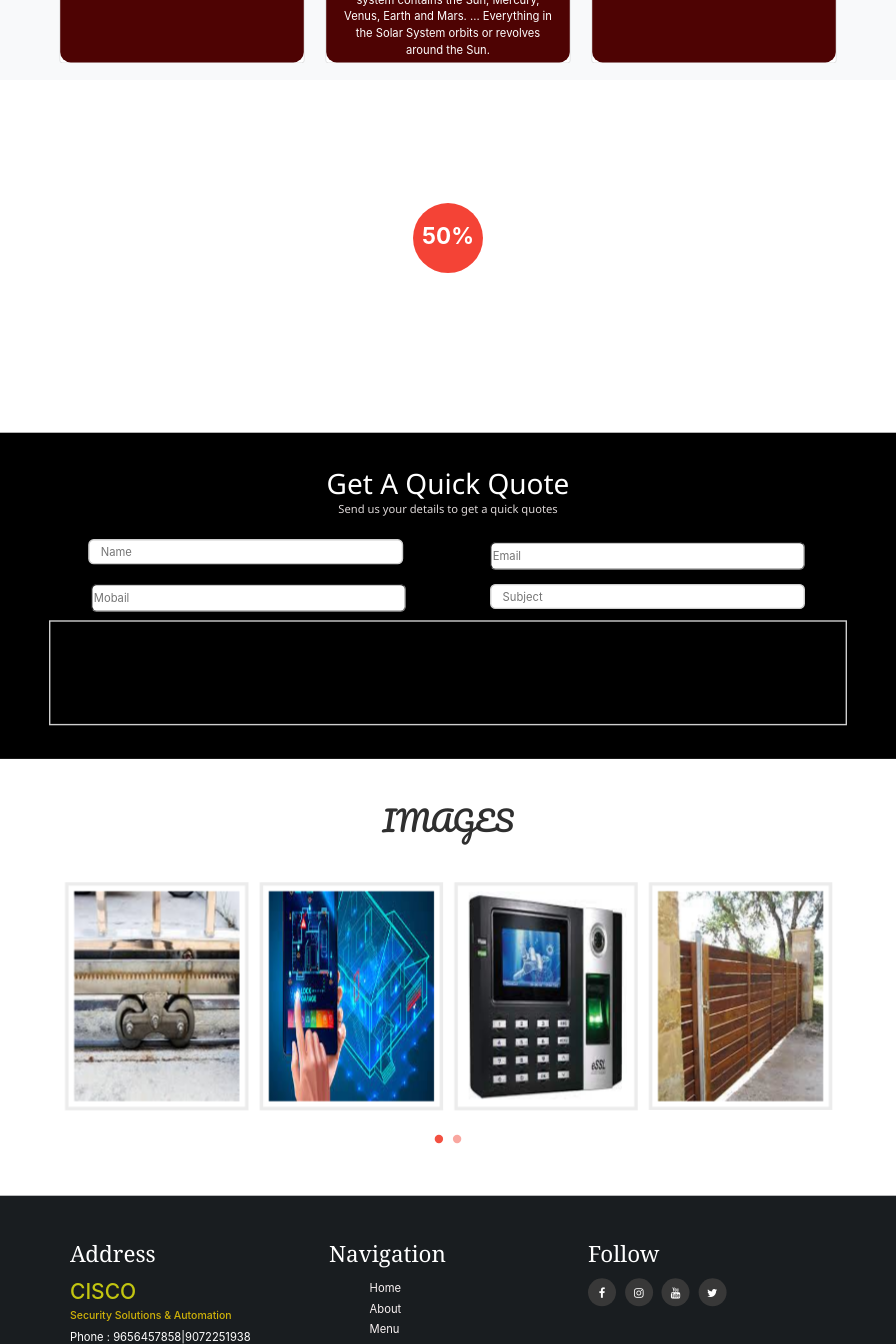
Repository: Nuhman123/Cisco
Page: index.html
The author's editor kept a copy of each file at every save. The page is drawn from the files as they stood at one save, then again after a run of saves.
The browser window is 1280 px wide. The pictures show the part of the page from y = 1803 to 3723 px (the page is 3958 px tall), at 70% of full size.

Above is the page before, as saved 2021-04-10 16:27:43.

### index.html
<!--A Design by W3layouts
Author: W3layout
Author URL: http://w3layouts.com
License: Creative Commons Attribution 3.0 Unported
License URL: http://creativecommons.org/licenses/by/3.0/
-->
<!DOCTYPE html>
<html lang="en">
<head>
<title>CISCO security solutions & automation</title>
<meta name="viewport" content="width=device-width, initial-scale=1">
<meta http-equiv="Content-Type" content="text/html; charset=utf-8" />
<meta name="keywords" content="Royal Recipes Responsive web template, Bootstrap Web Templates, Flat Web Templates, Android Compatible web template,
Smartphone Compatible web template, free webdesigns for Nokia, Samsung, LG, SonyEricsson, Motorola web design" />
<script type="application/x-javascript"> addEventListener("load", function() { setTimeout(hideURLbar, 0); }, false); function hideURLbar(){ window.scrollTo(0,1); } </script>
<!-- bootstrap-css -->
<link href="css/bootstrap.css" rel="stylesheet" type="text/css" media="all" />
<!--// bootstrap-css -->
<!-- css -->
<link rel="stylesheet" href="css/style.css" type="text/css" media="all" />
<!--// css -->
<link rel="stylesheet" href="css/owl.carousel.css" type="text/css" media="all">
<link href="css/owl.theme.css" rel="stylesheet">
<!-- font-awesome icons -->
<link href="css/font-awesome.css" rel="stylesheet">
<!-- //font-awesome icons -->
<!-- font -->
<link href='//fonts.googleapis.com/css?family=Pacifico' rel='stylesheet' type='text/css'>
<link href='//fonts.googleapis.com/css?family=Open+Sans+Condensed:300,300italic,700' rel='stylesheet' type='text/css'>
<!-- //font -->
<script src="js/jquery-1.11.1.min.js"></script>
<script src="js/bootstrap.js"></script>
<script src="https://maxcdn.bootstrapcdn.com/bootstrap/4.0.0/js/bootstrap.min.js" integrity="sha384-JZR6Spejh4U02d8jOt6vLEHfe/JQGiRRSQQxSfFWpi1MquVdAyjUar5+76PVCmYl" crossorigin="anonymous"></script>
<link rel="stylesheet" href="https://maxcdn.bootstrapcdn.com/bootstrap/4.0.0/css/bootstrap.min.css" integrity="sha384-Gn5384xqQ1aoWXA+058RXPxPg6fy4IWvTNh0E263XmFcJlSAwiGgFAW/dAiS6JXm" crossorigin="anonymous">
<!-- light-box -->
<link rel="stylesheet" href="css/lightbox.css">
<!-- //light-box -->
<script src="js/SmoothScroll.min.js"></script>
<!--search jQuery-->
<script src="js/main.js"></script>
<!--//search jQuery-->
<script type="text/javascript">
	jQuery(document).ready(function($) {
		$(".scroll").click(function(event){
			event.preventDefault();
			$('html,body').animate({scrollTop:$(this.hash).offset().top},1000);
		});
	});
</script>

<script>
$(document).ready(function() {
	$("#owl-demo").owlCarousel({

		autoPlay: 3000, //Set AutoPlay to 3 seconds
		autoPlay:true,
		items : 4,
		itemsDesktop : [640,5],
		itemsDesktopSmall : [414,4]

	});

});
</script>
</head>
<body>
	<header class="header-1">
		<div class="container">
			<div class="row">
		<div class="col-xs-3">
			<img src="images/csc0log.png">
		</div>
		<div class="col-xs-5">
			<h1>CISCO</h1>
			<p>Security Solutions & Automation</p>
		</div>
		<div class="col-xs-4">
		<nav class="navbar navbar-expand-lg navbar-light">
			<button style="background-color:white;margin-top: 18px;" class="navbar-toggler" type="button" data-toggle="collapse" data-target="#navbarNavAltMarkup" aria-controls="navbarNavAltMarkup" aria-expanded="false" aria-label="Toggle navigation">
			  <span class="navbar-toggler-icon"></span>
			</button>
			<div class="collapse navbar-collapse" id="navbarNavAltMarkup" style="background-color: rgb(5, 7, 6);margin-top: 17px;">
			  <div class="navbar-nav text-center">
				<a class="nav-item nav-link active" href="index.html" style="color: white;">Home <span class="sr-only">(current)</span></a>
				<a class="nav-item nav-link" href="#services" style="color: white;">Services</a>
				<a class="nav-item nav-link" href="menu.html" style="color: white;z-index: 10;">Menu</a>
				<a class="nav-item nav-link" href="about.html" style="color: white;z-index: 10;">About</a>
				<a class="nav-item nav-link" href="contact.html" style="color: white;z-index: 10;">Condact</a>
			  </div>
			</div>
		  </nav>
		</div>
			</div>
		</div>
	</header>
	<!-- banner -->
	<div class="banner">
		<div class="header">
			<div class="container">
				<div class="logo">

				</div>
				<div class="clearfix"> </div>
			</div>
		</div>
		<div class="banner-slider">
			<div class="container">
				<div class="slider">
					<div class="callbacks_container">
						<ul class="rslides callbacks callbacks1" id="slider4">
							<li>
								<div class="agileits-banner-info">
									<img src="images/csc0log.png">
									<h3>CISCO</h3>
									<h5>Security Solutions & Automation</h5>
									<p>CCTV Installation,EPBAX,Home Automation,Automatic Gate,Video Door Phone,Access Control System,Security Alarm System,Solar System,Biometric AttendanceSystem</p>
									<a href="#services">Services</a>

								</div>
							</li>
							<li>
								<div class="agileits-banner-info">
									<h3>CCTV<br> Installation</h3>
									<p>CCTV Installation,EPBAX,Home Automation,Automatic Gate,Video Door Phone,Access Control System,Security Alarm System,Solar System,Biometric AttendanceSystem</p>
									<a href="#services">Services</a>

								</div>
							</li>
							<li>
								<div class="agileits-banner-info">
									<img src="images/csc0log.png">
									<h3>CISCO</h3>
									<p>CCTV Installation,EPBAX,Home Automation,Automatic Gate,Video Door Phone,Access Control System,Security Alarm System,Solar System,Biometric AttendanceSystem</p>
									<a href="#services">Services</a>
								</div>
							</li>
						</ul>
						<div class="social text-center">
							<ul>
								<li><a href="https://www.facebook.com/cisco_security_solutions-101064504984043/"><i class="fa fa-facebook"></i></a></li>
								<li><a href="https://www.instagram.com/cisco_security_solutions?r=nametag"><i class="fa fa-instagram"></i></a></li>
								<li><a href="https://youtube.com/channel/UCSI_CHHL5nW7fggODaksUw"><i class="fa fa-youtube"></i></a></li>
								<li><a href="https://twitter.com"><i class="fa fa-twitter"></i></a></li>
							</ul>
						</div>
					</div>
					<script src="js/responsiveslides.min.js"></script>
					<script>
						// You can also use "$(window).load(function() {"
						$(function () {
						  // Slideshow 4
						  $("#slider4").responsiveSlides({
							auto: true,
							pager:true,
							nav:false,
							speed: 500,
							namespace: "callbacks",
							before: function () {
							  $('.events').append("<li>before event fired.</li>");
							},
							after: function () {
							  $('.events').append("<li>after event fired.</li>");
							}
						  });

						});
					 </script>
					<!--banner Slider starts Here-->
				</div>
			</div>
		</div>
	</div>
	<!-- banner -->
	<!-- services -->
	<section class="bg-light p-4 mt-5" id="services">
		<div class="container">
		  <h1 class="services text-center">Our Services</h1>
		  <div class="row">
			<div class="col-lg-4 col-md-6 pt-3">
			  <div class="card text-center">
				<div class="card-body">
				  <h5 class="card-title">CCTV Installation</h5>
				  <p class="card-text">
					CCTV systems may operate continuously or only as required to monitor a particular event. A more advanced form of CCTV, using digital video recorders (DVRs), provides recording for possibly many years, with a variety of quality and performance options and extra features (such as motion detection and email alerts).
					</p>
				</div>
			  </div>
			</div>
			<div class="col-lg-4 col-md-6 pt-3">
			  <div class="card text-center ">

				<div class="card-body">
				  <h5 class="card-title">EPBAX</h5>
				  <p class="card-text">EPABX stands for Electronic Private Automatic Branch Exchange which is a private telephone network used by the organizations and the companies for various types of communication, either between the employees or outside the clients.</p>
				</div>
			  </div>
			</div>
			<div class="col-lg-4 col-md-6 pt-3">
			  <div class="card text-center ">

				<div class="card-body">
				  <h5 class="card-title">Home Automation</h5>
				  <p class="card-text"> home automation system integrates all the electrical devices in the house with each other, it includes centralized control of lighting, HVAC(Heat, ventilation and air conditioning) appliances, security locks and other systems to improve comfort, conveniences, security and energy efficiency.</p>
				</div>
			  </div>
			</div>
			<div class="col-lg-4 col-md-6 pt-3">
			  <div class="card text-center">
				<div class="card-body">
				  <h5 class="card-title">Automatic Gate</h5>
				  <p class="card-text"></p>
				</div>
			  </div>
			</div>
			<div class="col-lg-4 col-md-6  pt-3">
			  <div class="card text-center">
				<div class="card-body">
				  <h5 class="card-title">Video Door Phone</h5>
				  <p class="card-text">video door phone lets you see and communicate with the visitor without being physically present on the door. After knowing the purpose of visit and if required, you can choose to open the door or keep it closed. So, the video door phone is a great system to ensure the safety and security of your family and home.</p>
				</div>
			  </div>
			</div>
			<div class="col-lg-4 col-md-6  pt-3">
			  <div class="card text-center ">
				<div class="card-body">
				  <h5 class="card-title">Access Control System</h5>
				  <p class="card-text"></p>
				</div>
			  </div>
			</div>
			<div class="col-lg-4 col-md-6  pt-3">
				<div class="card text-center ">
				  <div class="card-body">
					<h5 class="card-title">Security Alarm System</h5>
					<p class="card-text"></p>
				  </div>
				</div>
			  </div>
			  <div class="col-lg-4 col-md-6  pt-3">
				<div class="card text-center ">
				  <div class="card-body">
					<h5 class="card-title">Solar System</h5>
					<p class="card-text">The Solar System is made up of all the planets that orbit our Sun. In addition to planets, the Solar System also consists of moons, comets, asteroids, minor planets, dust and gas. The inner solar system contains the Sun, Mercury, Venus, Earth and Mars. ... Everything in the Solar System orbits or revolves around the Sun.</p>
				  </div>
				</div>
			  </div>
			  <div class="col-lg-4 col-md-6  pt-3">
				<div class="card text-center ">
				  <div class="card-body">
					<h5 class="card-title">Biometric Attendance System</h5>
					<p class="card-text"></p>
				  </div>
				</div>
			  </div>
		  </div>
		</div>
	  </section>
	<!-- //services -->
	<!-- offer -->
	<div class="jarallax offer">
		<div class="container">
			<div class="w3l-offer-heading">
				<h3>Today Offers</h3>
			</div>
			<div class="w3ls-offer-slider">
				<div class="slider">
					<div class="callbacks_container">
						<ul class="rslides callbacks callbacks1" id="slider3">
							<li>
								<div class="agileinfo-offer-grid">
									<h4>45<span>%</span></h4>
									<h5>Pork Vindaloo</h5>
									<p>Quisque scelerisque rutrum nunc, eget hendrerit diam porta efficitur. Duis bibendum consequat est, sed efficitur arcu. Morbi viverra, leo sit amet vestibulum dignissim, tortor est dignissim dolor, eu accumsan est urna id felis. </p>
								</div>
							</li>
							<li>
								<div class="agileinfo-offer-grid">
									<h4>50%</h4>
									<h5>Phaal Curry</h5>
									<p>Vestibulum euismod porttitor interdum. Vivamus porta consectetur nulla porttitor hendrerit. Pellentesque ultrices augue ut nibh feugiat, nec egestas orci cursus. Sed vehicula quis erat sed lobortis. Curabitur eleifend sit amet.</p>
								</div>
							</li>
							<li>
								<div class="agileinfo-offer-grid">
									<h4>64%</h4>
									<h5>Laal Maas</h5>
									<p>Aenean volutpat auctor ultrices. Aliquam ac turpis ultrices, porta enim at, interdum velit. Ut ligula justo, sodales eu nisi a, molestie dictum leo. Sed blandit porta ante, at consequat nulla fermentum a. Donec aliquet tristique.</p>
								</div>
							</li>
						</ul>
					</div>
					<script>
						// You can also use "$(window).load(function() {"
						$(function () {
						  // Slideshow 4
						  $("#slider3").responsiveSlides({
							auto: true,
							pager:false,
							nav:false,
							speed: 500,
							namespace: "callbacks",
							before: function () {
							  $('.events').append("<li>before event fired.</li>");
							},
							after: function () {
							  $('.events').append("<li>after event fired.</li>");
							}
						  });

						});
					 </script>
					<!--banner Slider starts Here-->
				</div>
			</div>
			<script src="js/jarallax.js"></script>
		</div>
	</div>
	<!-- //offer -->
	<section class="form-quote">
		<div class="container">
		<div class="contact-form">
			<h3>Get A Quick Quote</h3>
			<p class="" >Send us your details to get a quick quotes</p>
			<form>
				<div class="row"align="center">
					<div class="col-xs-12 col-sm-12 col-md-12 col-lg-6">
						<input type="text" placeholder="Name" style="width: 450px;background: white;height: 30px;border-radius: 8px;">
					</div>
					<div class="col-xs-12 col-sm-12 col-md-12 col-lg-6">
						<input type="email" placeholder="Email" style="width: 450px;background: white;margin: 4px; height: 40px;border-radius: 8px;">
					</div>
					<div class="col-xs-12 col-sm-12 col-md-12 col-lg-6">
						<input type="tel" placeholder="Mobail" style="width: 450px;background: white;margin: 12px; height: 40px;border-radius: 8px;">
					</div>
					<div class="col-xs-12 col-sm-12 col-md-12 col-lg-6">
						<input type="text" placeholder="Subject" style="width: 450px;background: white;margin: 12px; height: 30px;border-radius: 8px;">
					</div>
					<textarea class="col-xs-12" style="b"></textarea>
				</div>
			  </form>
		</div>
			</div>
	</section>
	<!-- special -->
	<div class="special">
		<div class="container">
			<div class="wthree-special-heading">
				<h3>IMAGES</h3>
			</div>
			<div class="special-grids">
				<div id="owl-demo" class="owl-carousel owl-theme">
						<div class="item">
							<div class="w3-agileits-special-grid-info">
								<img src="images/289c9c264087cddc084383969cd6e19f.jpg" alt="" />
							</div>
						</div>
						<div class="item">
							<div class="w3-agileits-special-grid-info">
								<img src="images/ghy.jfif" alt="" />

							</div>
						</div>
						<div class="item">
							<div class="w3-agileits-special-grid-info">
								<img src="images/h automations.jfif" alt="" />

							</div>
						</div>
						<div class="item">
							<div class="w3-agileits-special-grid-info">
								<img src="images/bio2.jfif" alt="" />
							</div>
						</div>
						<div class="item">
							<div class="w3-agileits-special-grid-info">
								<img src="images/guf.jfif" alt="" />

							</div>
						</div>
						<div class="item">
							<div class="w3-agileits-special-grid-info">
								<img src="images/epbax.jpeg" alt="" />

							</div>
						</div>
						<div class="item">
							<div class="w3-agileits-special-grid-info">
								<img src="images/h automations.jfif4.jfif" alt="" />

							</div>
						</div>
						<div class="item">
							<div class="w3-agileits-special-grid-info">
								<img src="images/cctv3.jpg" alt="" />

							</div>
						</div>
				</div>
			</div>
		</div>
	</div>
	<!-- //special -->
	<!-- footer -->
	<div class="w3-agile-footer">
		<div class="container">
			<div class="footer-grids">
				<div class="col-md-4 footer-grid">
					<div class="footer-grid-heading">
						<h4>Address</h4>
					</div>
					<div class="footer-grid-info">
						<h1 class="">CISCO</h1>
					<h4 class="">Security Solutions & Automation</h4>
					</di>
					<p class="phone">Phone : 9656457858|9072251938
						<span>Email : <a href="pklcisco@gmail.com">pklcisco@gmail.com</a></span>
					</p>
					<p>Oppo South Indian ATM,Near Zella Fancy 	Pulikkal </p>
				</div>

				</div>
				<div class="col-md-4 footer-grid">
					<div class="footer-grid-heading">
						<h4>Navigation</h4>
					</div>
					<div class="footer-grid-info">
						<ul class="">
							<li><a href="index.html">Home</a></li>
							<li><a href="about.html">About</a></li>
							<li><a href="menu.html">Menu</a></li>
							<li><a href="contact.html">Contact</a></li>
						</ul>
					</div>
				</div>
				<div class="col-md-4 footer-grid">
					<div class="footer-grid-heading">
						<h4>Follow</h4>
					</div>
					<div class="social">
						<ul>
							<li><a href="https://www.facebook.com/cisco_security_solutions-101064504984043/"><i class="fa fa-facebook"></i></a></li>
							<li><a href="https://www.instagram.com/cisco_security_solutions?r=nametag"><i class="fa fa-instagram"></i></a></li>
							<li><a href="https://youtube.com/channel/UCSI_CHHL5nW7fggODaksUw"><i class="fa fa-youtube"></i></a></li>
							<li><a href="https://twitter.com"><i class="fa fa-twitter"></i></a></li>
						</ul>
					</div>
				<div class="clearfix"> </div>
			</div>
		</div>
	</div>
	<div class="agileits-w3layouts-copyright">
		<p>| Design by <a href=""> AKN Creations </a> </p>
		<li style="color: yellow;"><i  class="fa fa-phone" aria-hidden="true"></i> 9446795304</li>
	</div>
	</div>
	<!-- //footer -->
	<script src="js/owl.carousel.js"></script>
	<script type="text/javascript" src="js/move-top.js"></script>
	<script type="text/javascript" src="js/easing.js"></script>
	<!-- here stars scrolling icon -->
	<script type="text/javascript">
		$(document).ready(function() {
			/*
				var defaults = {
				containerID: 'toTop', // fading element id
				containerHoverID: 'toTopHover', // fading element hover id
				scrollSpeed: 1200,
				easingType: 'linear'
				};
			*/

			$().UItoTop({ easingType: 'easeOutQuart' });

			});
	</script>
<!-- //here ends scrolling icon -->
<script type="text/javascript">
			/* init Jarallax */
			$('.jarallax').jarallax({
				speed: 0.5,
				imgWidth: 1366,
				imgHeight: 768
			})
		</script>
</body>
</html>

Loaded but not shown: css/bootstrap.css (library); css/owl.carousel.css (common file); css/owl.theme.css (common file); css/font-awesome.css (library); js/jquery-1.11.1.min.js (library); js/bootstrap.js (library); css/lightbox.css (library); js/SmoothScroll.min.js (library); js/responsiveslides.min.js (library); js/owl.carousel.js (library); js/jarallax.js (433 lines, source omitted); js/easing.js (140 lines, source omitted); js/main.js (100 lines, source omitted); js/move-top.js (5 lines, source omitted); css/style.css (2111 lines, source omitted)

After the next 2 saves:
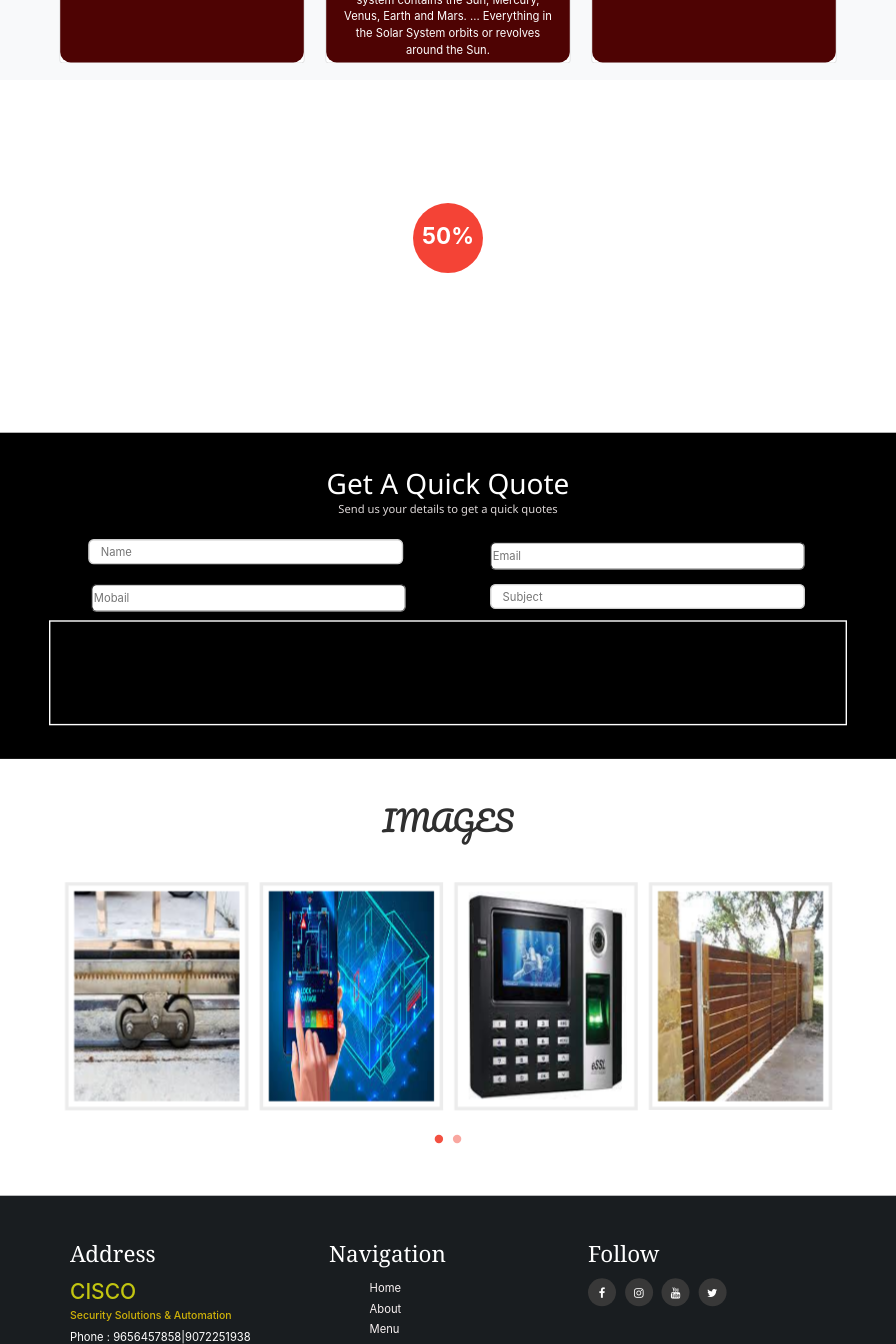
The 2 saves are shown as one change because they came seconds apart.
The last was saved 9 s later.
--- a/index.html
+++ b/index.html
@@ -335,7 +335,7 @@
 					<div class="col-xs-12 col-sm-12 col-md-12 col-lg-6">
 						<input type="text" placeholder="Subject" style="width: 450px;background: white;margin: 12px; height: 30px;border-radius: 8px;">
 					</div>
-					<textarea class="col-xs-12" style="b"></textarea>
+					<textarea class="col-xs-12" style="border-color: white;"></textarea>
 				</div>
 			  </form>
 		</div>
